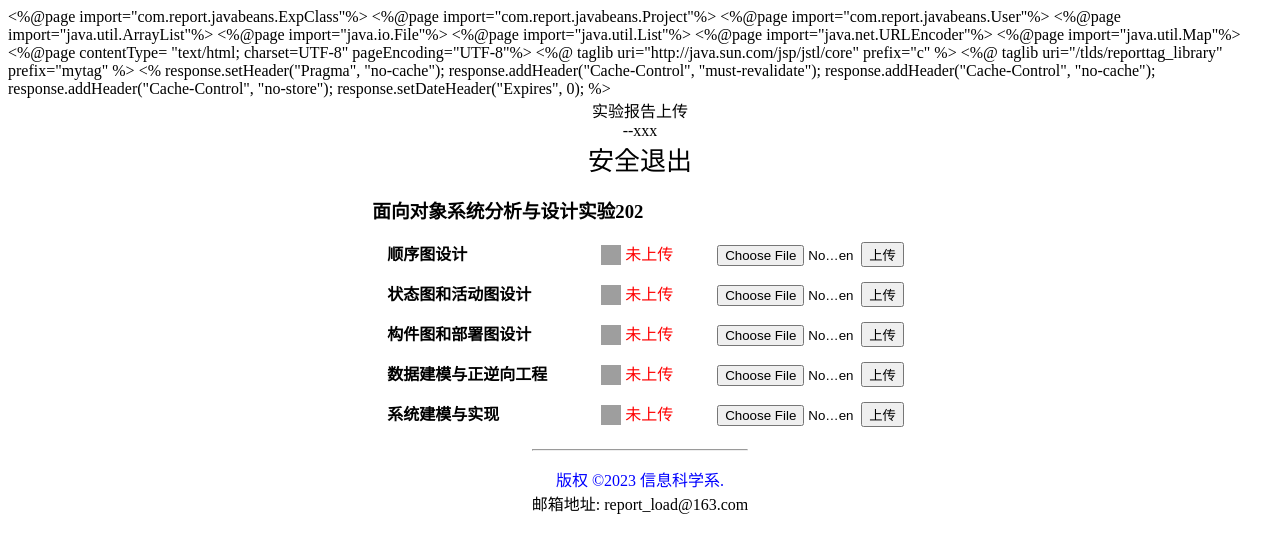
Repository: IAmJiangWenHao/ReportServer
Page: web/demo.html
An editor plug-in stored every save of this project. The page is shown before and after the next save, followed by the edit.
The browser window is 1280 px wide. The pictures show the whole page.
Pictures or frames that could not be fetched are drawn as grey boxes.

Above is the page before, as saved 2023-05-19 18:44:58.
Console error: SyntaxError: Invalid or unexpected token

After the next save:
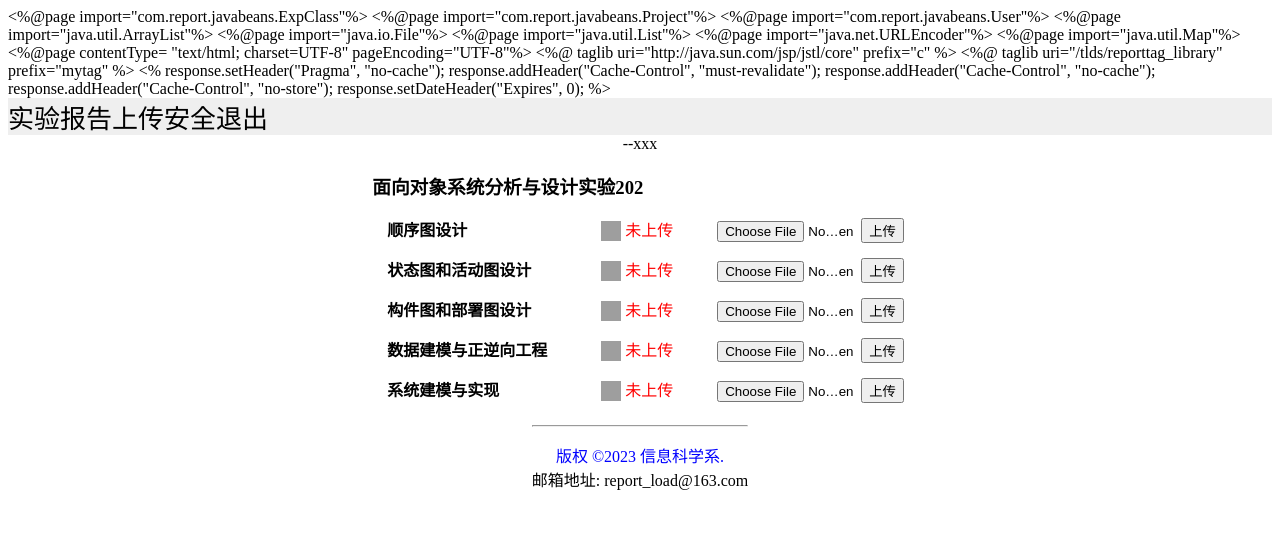
Saved 58 s later.
--- a/web/demo.html
+++ b/web/demo.html
@@ -25,13 +25,13 @@
     <title >实验上传系统 </title>
   </head>
   <body>
+    <div style="display:flex;font-size: 26px;background-color: buttonface;">
+      <div class="topbar-item" color="black"> 实验报告上传</div>
+      <div class="topbar-item"><a style="color: black;text-decoration:none;" href="exit.jsp">安全退出</a></div>
+    </div>
     <div style="display: flex; flex-direction:column;align-items: center;">
-      <div color="black">实验报告上传</div>
       <div >--xxx</div>
-      <div>
-        <div style="color:black;font-size: 26px;">
-          <a style="color: black;text-decoration:none;" href="exit.jsp">安全退出</a></div>
-        </div>
+
       <!-- 课程 -->
 
         <div id="course1">
